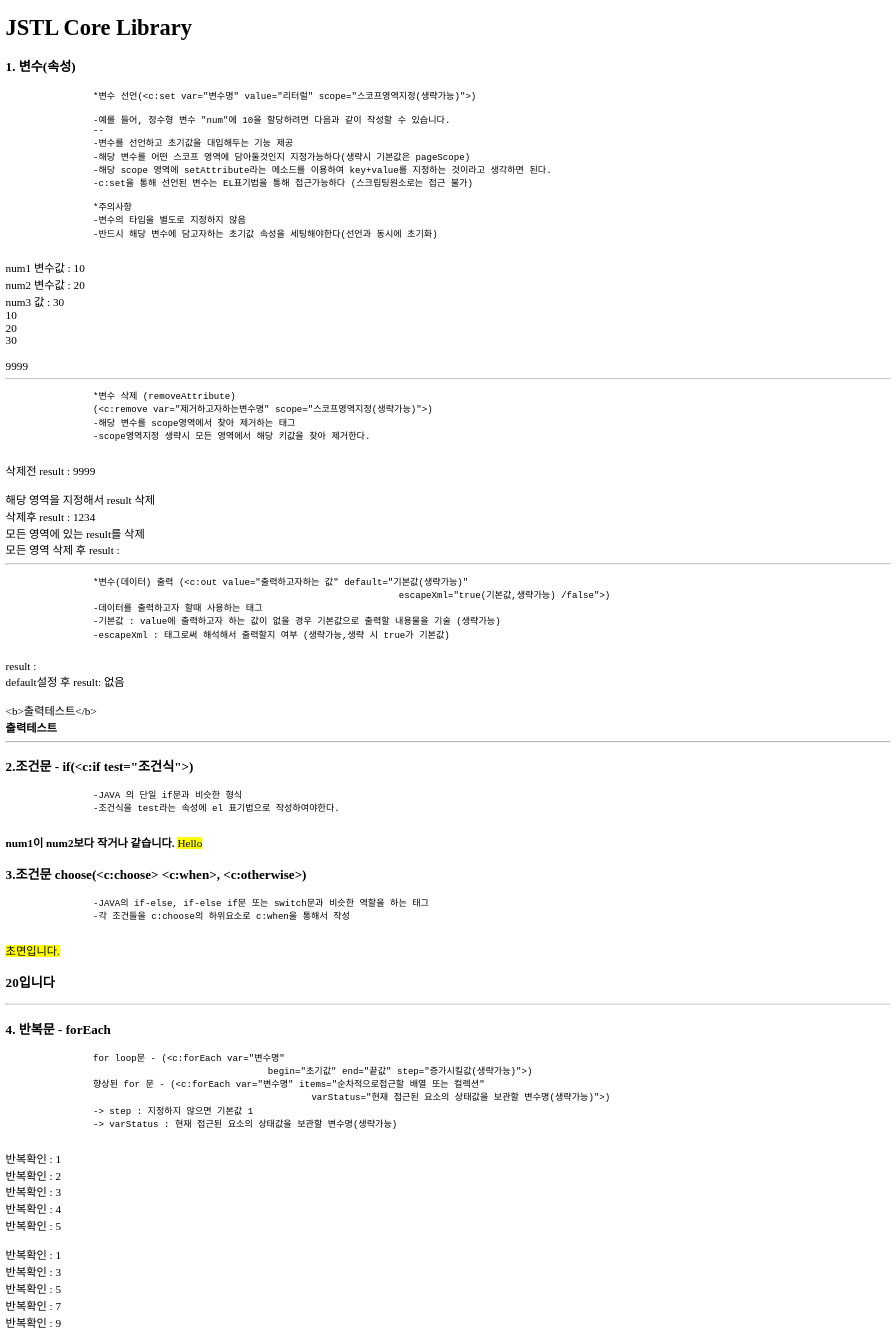
Repository: MangwonCassie/khserverclass
Page: http://localhost/actionProject/views/06_core.jsp
These files come from the project's save history. The page is drawn as it stood at one moment and after the next save; the edit follows.
The browser window is 1280 px wide. The pictures show the part of the page from y = 0 to 1920 px (the page is 3192 px tall), at 70% of full size.
The page is served by Tomcat 9. Other server files are loaded and not shown.

Above is the page before, as saved 2023-05-11 07:59:46.

### actionProject/actionProject/WebContent/views/06_core.jsp
<%@page import="com.kh.model.vo.Person"%>
<%@page import="java.util.ArrayList"%>
<%@ page language="java" contentType="text/html; charset=UTF-8"
    pageEncoding="UTF-8"%>
<%@ taglib prefix="c" uri="http://java.sun.com/jsp/jstl/core" %>
<!DOCTYPE html>
<html>
<head>
<meta charset="UTF-8">
<title>Insert title here</title>
</head>
<body>
	<h1>JSTL Core Library</h1>

	<h3>1. 변수(속성)</h3>
	<pre>
		*변수 선언(&lt;c:set var="변수명" value="리터럴" scope="스코프영역지정(생략가능)"&gt;)

		-예를 들어, 정수형 변수 "num"에 10을 할당하려면 다음과 같이 작성할 수 있습니다.
		--<c:set var="num" value="10" />
		-변수를 선언하고 초기값을 대입해두는 기능 제공
		-해당 변수를 어떤 스코프 영역에 담아둘것인지 지정가능하다(생략시 기본값은 pageScope)
		-해당 scope 영역에 setAttribute라는 메소드를 이용하여 key+value를 지정하는 것이라고 생각하면 된다.
		-c:set을 통해 선언된 변수는 EL표기법을 통해 접근가능하다 (스크립팅원소로는 접근 불가)

		*주의사항
		-변수의 타입을 별도로 지정하지 않음
		-반드시 해당 변수에 담고자하는 초기값 속성을 세팅해야한다(선언과 동시에 초기화)
	</pre>

	<!--Unknown tag (c:set) - 선언해야한다. taglib  -->
	<c:set var="num1" value="10"/> <!-- pageScope에 담긴다. -->
	<c:set var="num2" value="20" scope="request"/> <!-- requestScope에 담긴다. -->
	<!-- request.setAttribute("num2",20);  -->

	num1 변수값 : ${num1} <br>
	num2 변수값 : ${num2} <br>

	<c:set var="num3" value="${num1 + num2}" scope="session"/>

	num3 값 : ${num3} <br>

	<!-- 변수명만 제시한다면 작은 범위의 스코프 영역부터 찾아지게 된다.불필요한 조회가 이루어질수있으니 해당 영역을 지정하는것을
		   권장한다. -->
	${pageScope.num1} <br>
	${requestScope.num2} <br>
	${sessionScope.num3} <br>
	${requestScope.num3} <br>

	<c:set var="result" scope="request">
		9999
	</c:set>
	<!-- 시작 종료태그 사이에 value를 기술 가능하다. -->
	${requestScope.result }

	<hr>

	<pre>
		*변수 삭제 (removeAttribute)
		(&lt;c:remove var="제거하고자하는변수명" scope="스코프영역지정(생략가능)"&gt;)
		-해당 변수를 scope영역에서 찾아 제거하는 태그
		-scope영역지정 생략시 모든 영역에서 해당 키값을 찾아 제거한다.
	</pre>

	삭제전 result : ${result} <br><br>

	<c:set var="result" scope="session">
		1234
	</c:set>

	해당 영역을 지정해서 result 삭제 <br>
	<c:remove var="result" scope="request"/>

	삭제후 result : ${result} <br>

	모든 영역에 있는 result를 삭제 <br>
	<c:remove var="result"/>

	모든 영역 삭제 후 result : ${result} <br>

	<hr>

	<pre>
		*변수(데이터) 출력 (&lt;c:out value="출력하고자하는 값" default="기본값(생략가능)"
									escapeXml="true(기본값,생략가능) /false"&gt;)
		-데이터를 출력하고자 할때 사용하는 태그
		-기본값 : value에 출력하고자 하는 값이 없을 경우 기본값으로 출력할 내용물을 기술 (생략가능)
		-escapeXml : 태그로써 해석해서 출력할지 여부 (생략가능,생략 시 true가 기본값)
	</pre>

	result : <c:out value="${result}"/> <br>
	default설정 후 result: <c:out value="${result}" default="없음"/> <br><br>

	<!-- escapeXml 테스트 -->
	<c:set var="outTest" value="<b>출력테스트</b>"/>
	<c:out value="${outTest}"/> <br>  <!-- escapeXml 기본값이 true(태그해석 불가) -->
	<c:out value="${outTest}" escapeXml="false"/> <br>

	<hr>

	<h3>2.조건문 - if(&lt;c:if test="조건식"&gt;)</h3>
	<pre>
		-JAVA 의 단일 if문과 비슷한 형식
		-조건식을 test라는 속성에 el 표기법으로 작성하여야한다.
	</pre>

<%--
	<%if(){ %>

	<%}%>
	 --%>

	<c:if test="${num1 gt num2}">

		<b>num1이 num2보다 큽니다.</b>

	</c:if>

	<c:if test="${num1 le num2 }">
		<b>num1이 num2보다 작거나 같습니다.</b>
	</c:if>

	<c:set var="str" value="안녕하세요"/>

	<c:if test="${str eq '안녕하세요' }">
		<mark>Hello</mark>
	</c:if>

	<c:if test="${str ne '안녕하세요' }">
		<mark>Bye</mark>
	</c:if>

	<h3>3.조건문 choose(&lt;c:choose&gt; &lt;c:when&gt;, &lt;c:otherwise&gt;)</h3>

	<pre>
		-JAVA의 if-else, if-else if문 또는 switch문과 비슷한 역할을 하는 태그
		-각 조건들을 c:choose의 하위요소로 c:when을 통해서 작성
	</pre>
	<%--
		<%if(num1==20){%>

		<%}else if(num1==10){%>

		<%}else{%>

		<%}%>
	 --%>

	 <c:choose>
	 	<c:when test="${num1 eq 20 }"> <!-- if -->
	 		<mark>처음 뵙겠습니다.</mark>
	 	</c:when>
	 	<c:when test="${num1 eq 10 }"> <!-- else if -->
	 		<mark>초면입니다.</mark>
	 	</c:when>
	 	<c:otherwise> <!-- else -->
	 		<mark>다시만나요</mark>
	 	</c:otherwise>
	 </c:choose>

	<!-- num2와 10 20이 같은지 아니면 ~~ -->
	<!-- choose -->
	<c:choose>
		<%--choose와 when사이에 주석을 할땐 이렇게 --%>
		<c:when test="${num2 eq 10 }">
			<h3>넘2유</h3>
		</c:when>
		<c:when test="${num2 eq 20}">
			<h3>20입니다</h3>
		</c:when>
		<c:otherwise>
			<h4>이도 저도 아닙니다.</h4>
		</c:otherwise>
	</c:choose>

	<hr>

	<h3>4. 반복문 - forEach</h3>
	<pre>
		for loop문 - (&lt;c:forEach var="변수명"
						begin="초기값" end="끝값" step="증가시킬값(생략가능)"&gt;)
		향상된 for 문 - (&lt;c:forEach var="변수명" items="순차적으로접근할 배열 또는 컬렉션"
							varStatus="현재 접근된 요소의 상태값을 보관할 변수명(생략가능)"&gt;)
		-> step : 지정하지 않으면 기본값 1
		-> varStatus : 현재 접근된 요소의 상태값을 보관할 변수명(생략가능)
	</pre>

	<!-- for loop문 -->

	<%--
		<%for(int i=0; i<10; i++){%>

		<%}%>
	 --%>

	<c:forEach var="i" begin="1" end="5">
		반복확인 : ${i} <br>
	</c:forEach>
	<br>

	<c:forEach var="i" begin="1" end="10" step="2">
		반복확인 : ${i} <br>
	</c:forEach>

	<!-- 태그 안에서 변수 활용 -->
	<c:forEach var="i" begin="1" end="6">
		<h${i}>태그안에서도 적용 가능</h${i}>
	</c:forEach>

	<br>

	<!-- 향상된 for문 -->
	<c:set var="colors">
		red,yellow,green,blue,pink
	</c:set><!-- 배열과 같은 역할 -->

	colors의 값 : ${colors} <br>

	<ul>
		<c:forEach var="c" items="${colors}">
			<li style="color:${c};">${c}</li>
		</c:forEach>
	</ul>


	<!-- 응용 -->
	<%
		ArrayList<Person> list = new ArrayList<>();
		list.add(new Person("송혜교","여자"));
		list.add(new Person("임지연","여자"));
		list.add(new Person("김민수","남자"));

		request.setAttribute("pList", list);
		//이 코드는 원래 서블릿에서 작성 후 페이지로 전달하기 전에 진행할 구문
	%>

	<table border="1">
		<thead>
			<tr>
				<th>순번</th>
				<th>이름</th>
				<th>성별</th>
			</tr>
		</thead>
		<tbody>
			<%-- el/jstl구문으로 바꿔보기
				<%if(pList.isEmpty()){%>
					<td colspan="3">조회결과가 없습니다.</td>
				<%}else{%>
					<%for(Person p : pList){%>
						<td>각순번</td> --varStatus.count 이용
						<td>각이름</td>
						<td>각성별</td>
					<%}%>
				<%}%>
			 --%>

			 <c:choose>
			 	<c:when test="${empty pList }">
			 		<tr>
			 			<td colspan="3">조회 결과가 없습니다.</td>
			 		</tr>
			 	</c:when>
			 	<c:otherwise>
			 		<c:forEach var="p" items="${pList}" varStatus="status">
				 		<tr>
				 			<!-- index : 0부터 / count : 1부터 -->
				 			<td>${status.count}</td>
				 			<td>${p.name}</td>
				 			<td>${p.gender}</td>
				 		</tr>
			 		</c:forEach>
			 	</c:otherwise>
			 </c:choose>
		</tbody>
	</table>

	<hr>

	<h3>5.반복문 - forTokens</h3>
	<pre>
		&lt;c:forTokens var="각값을 담을변수" items="분리시키고자하는 문자열" delims="구분자"&gt;
		-구분자를 통해서 분리된 각각의 문자열에 순차적으로 접근하면서 반복 수행
		-JAVA의 split("구분자") 또는 StringTokenizer와 비슷한 역할
	</pre>

	<c:set var="device" value="컴퓨터,휴대폰,TV,에어컨/냉장고.세탁기"/>

	<ul>
		<c:forTokens var="d" items="${device}" delims=",/.">
			<li>${d}</li>
		</c:forTokens>
	</ul>

	<hr>

	<h3>6.쿼리스트링 관련 - url,param</h3>
	<pre>
		&lt;c:url var="" value="요청할 url"&gt;
			&lt;c:param name="키값" value="벨류값" &gt;
			&lt;c:param name="키값" value="벨류값" &gt;
			...

		&lt;/c:url&gt;

		-url 경로를 생성하고, 쿼리스트링을 정의할 수 있는 태그
		-넘겨야할 쿼리스트링이 길 경우 사용하면 편하다.
	</pre>

	<a href="list.do?cPage=1&num=2">기존방식</a> <br>
	<br>
	<c:url var="query" value="list.do">
		<c:param name="cPage" value="1"/>
		<c:param name="num" value="10"/>
		<c:param name="name" value="test"/>
		<c:param name="gender" value="m"/>
	</c:url>

	<a href="${query}">c:url을 이용한 방식</a>
	<br><br>
	<a href="/actionProject">인덱스로</a>

</body>
</html>

### actionProject/actionProject/src/com/kh/model/vo/Person.java
package com.kh.model.vo;

public class Person {

	private String name;
	private String gender;

	public Person() {
		super();
	}

	public Person(String name, String gender) {
		super();
		this.name = name;
		this.gender = gender;
	}

	public String getName() {
		return name;
	}

	public void setName(String name) {
		this.name = name;
	}

	public String getGender() {
		return gender;
	}

	public void setGender(String gender) {
		this.gender = gender;
	}

	@Override
	public String toString() {
		return "Person [name=" + name + ", gender=" + gender + "]";
	}

}

After the next save:
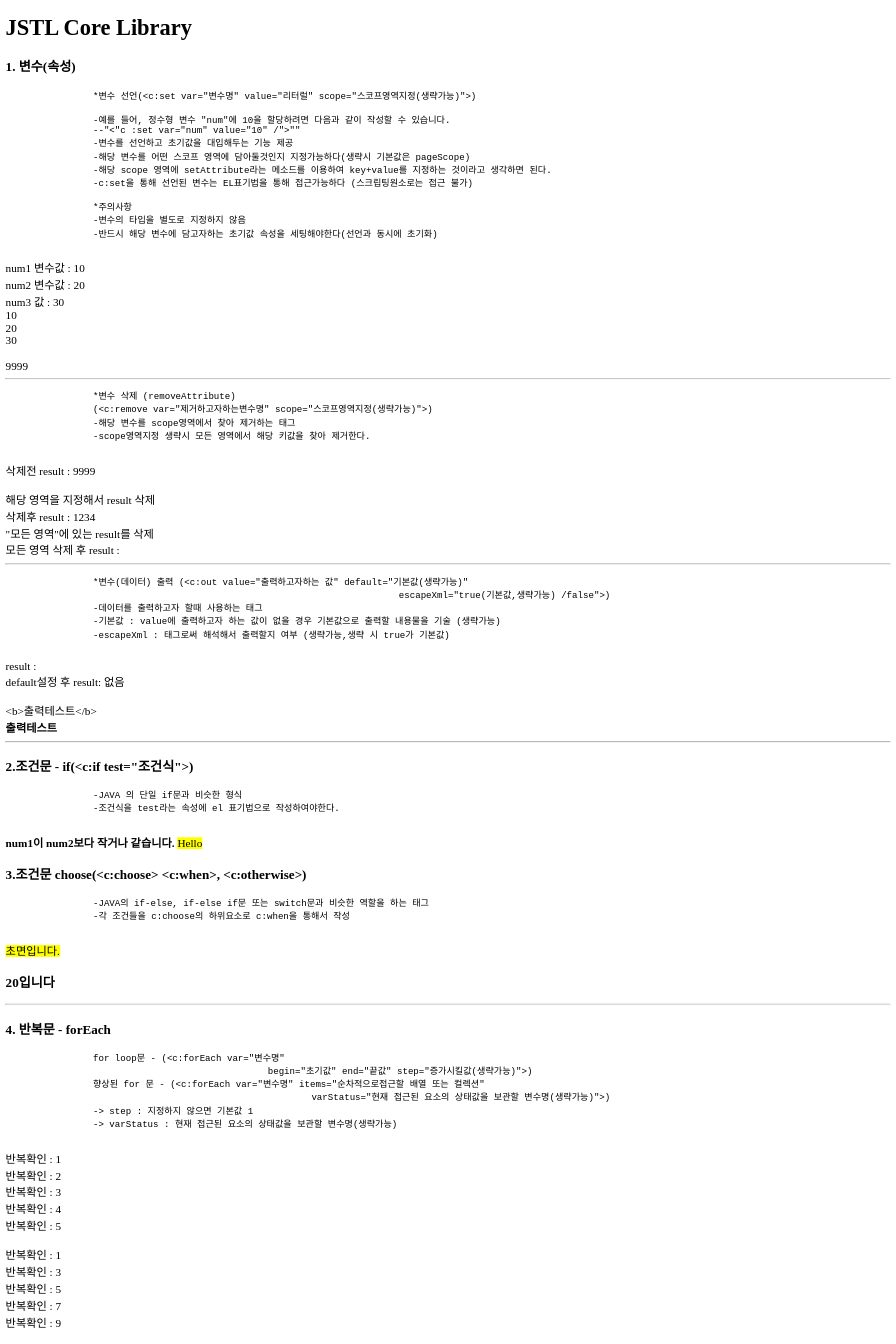
Saved 5 min 28 s later.
--- a/actionProject/actionProject/WebContent/views/06_core.jsp
+++ b/actionProject/actionProject/WebContent/views/06_core.jsp
@@ -17,7 +17,7 @@
 		*변수 선언(&lt;c:set var="변수명" value="리터럴" scope="스코프영역지정(생략가능)"&gt;)
 
 		-예를 들어, 정수형 변수 "num"에 10을 할당하려면 다음과 같이 작성할 수 있습니다.
-		--<c:set var="num" value="10" />
+		--"<"c :set var="num" value="10" /">""
 		-변수를 선언하고 초기값을 대입해두는 기능 제공
 		-해당 변수를 어떤 스코프 영역에 담아둘것인지 지정가능하다(생략시 기본값은 pageScope)
 		-해당 scope 영역에 setAttribute라는 메소드를 이용하여 key+value를 지정하는 것이라고 생각하면 된다.
@@ -73,7 +73,7 @@
 
 	삭제후 result : ${result} <br>
 
-	모든 영역에 있는 result를 삭제 <br>
+	"모든 영역"에 있는 result를 삭제 <br>
 	<c:remove var="result"/>
 
 	모든 영역 삭제 후 result : ${result} <br>
